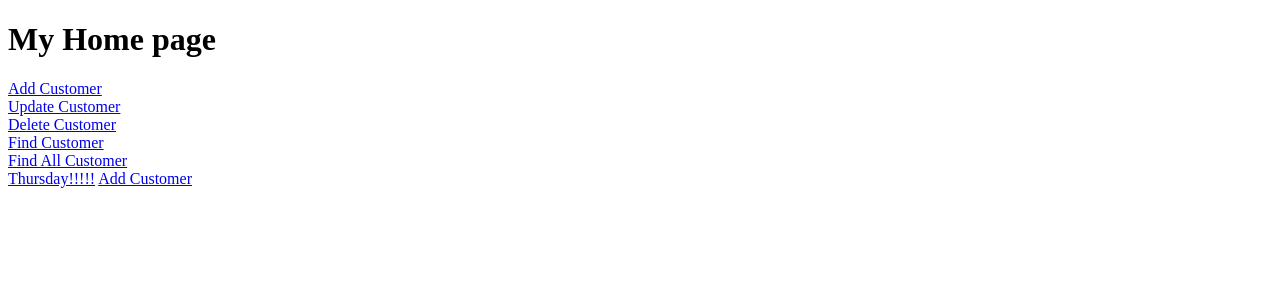
Repository: dan-10/Deloitte
Page: DeloitteTrainig/SpringMVCDemo/WebContent/Index.html
An editor plug-in stored every save of this project. The page is shown before and after the next save, followed by the edit.
The browser window is 1280 px wide. The pictures show the whole page.

Above is the page before, as saved 2019-08-01 11:15:23.

### DeloitteTrainig/SpringMVCDemo/WebContent/Index.html
<!DOCTYPE html>
<html>
<head>
<meta charset="ISO-8859-1">
<title>Insert title here</title>
</head>
<body>
<h1>My Home page</h1>
<a href = "Add.do" target = "_blank">Add Customer</a><br>
<a href = "Update.do" target = "_blank">Update Customer</a><br>
<a href = "Delete.do" target = "_blank">Delete Customer</a><br>
<a href = "Find.do" target = "_blank">Find Customer</a><br>
<a href = "FindAll.do" target = "_blank">Find All Customer</a><br>
<a href = "doSome.do" target = "_blank">Thursday!!!!!</a>
<a href = "customer.html" target = "_blank">Add Customer</a>

</body>
</html>

After the next save:
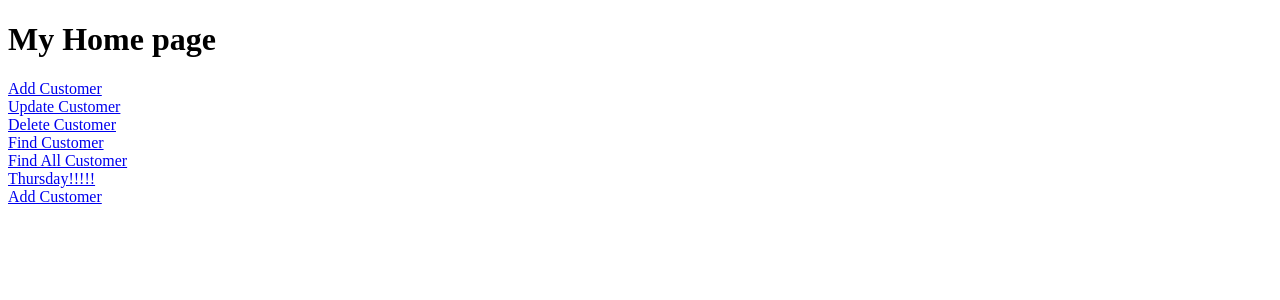
Saved 60 s later.
--- a/DeloitteTrainig/SpringMVCDemo/WebContent/Index.html
+++ b/DeloitteTrainig/SpringMVCDemo/WebContent/Index.html
@@ -11,7 +11,7 @@
 <a href = "Delete.do" target = "_blank">Delete Customer</a><br>
 <a href = "Find.do" target = "_blank">Find Customer</a><br>
 <a href = "FindAll.do" target = "_blank">Find All Customer</a><br>
-<a href = "doSome.do" target = "_blank">Thursday!!!!!</a>
+<a href = "doSome.do" target = "_blank">Thursday!!!!!</a><br>
 <a href = "customer.html" target = "_blank">Add Customer</a>
 
 </body>
